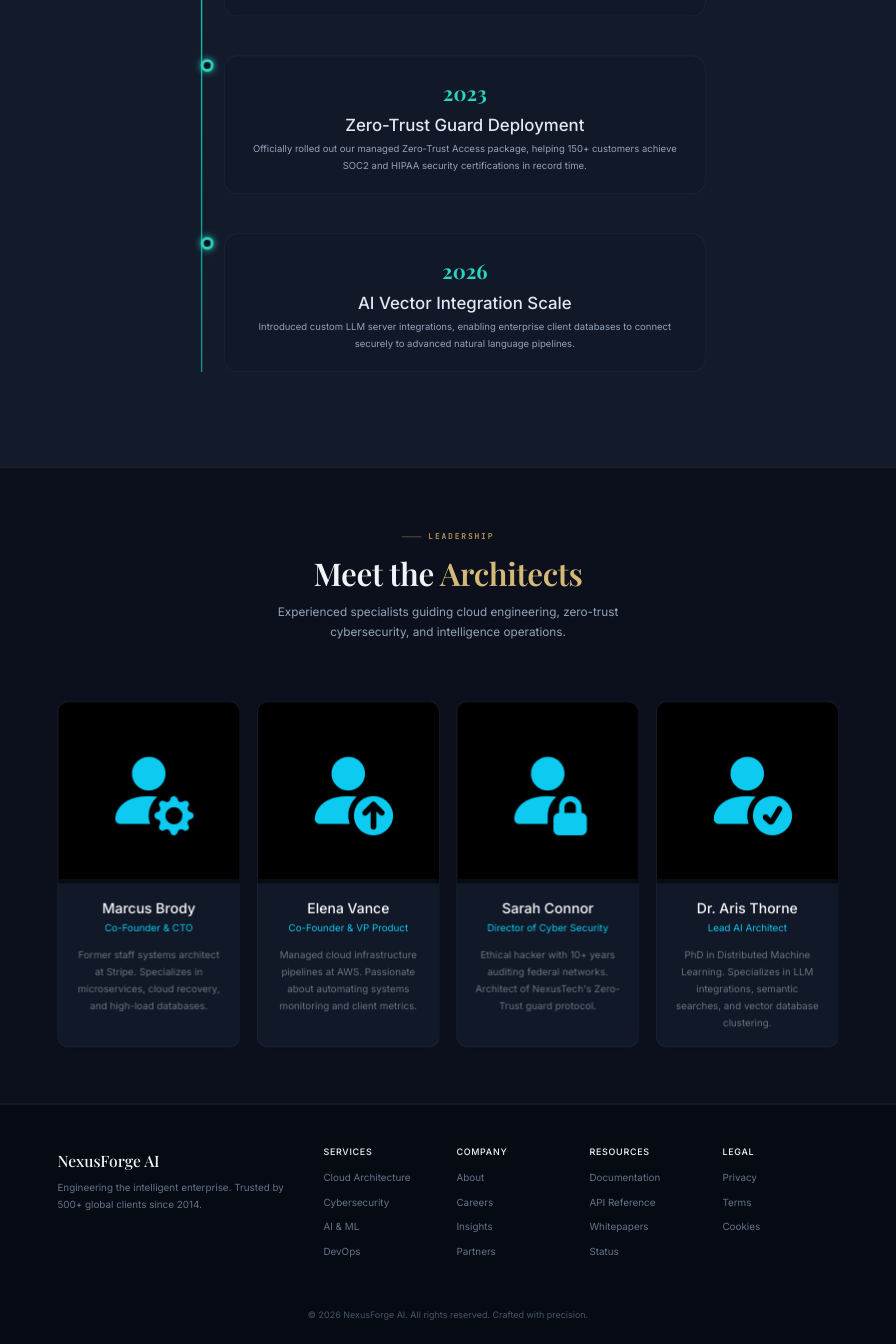
Repository: ruzni-dev/project-showcase
Page: pages/52-IT-Solutions-Website/pages/about.html
An editor plug-in stored every save of this project. The page is shown before and after the next save, followed by the edit.
The browser window is 1280 px wide. The pictures show the part of the page from y = 1468 to 3388 px (the page is 3388 px tall), at 70% of full size.
Some web fonts or font styles are not loaded; a fallback is used.

Above is the page before, as saved 2026-05-24 22:36:49.

After the next save:
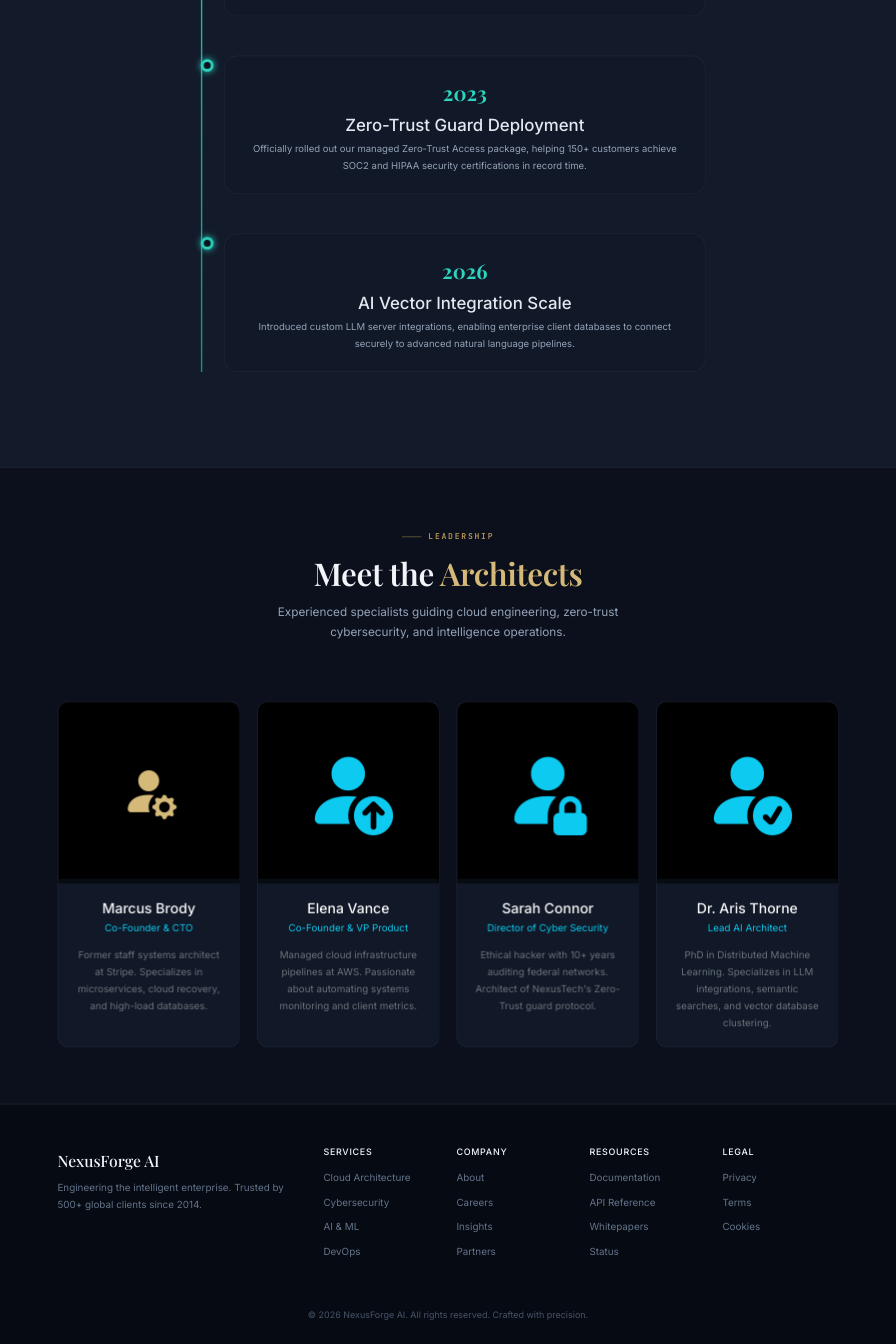
Saved 59 s later.
--- a/pages/52-IT-Solutions-Website/pages/about.html
+++ b/pages/52-IT-Solutions-Website/pages/about.html
@@ -167,7 +167,7 @@
                     <div class="team-card h-100">
                         <div class="team-img-wrapper text-center bg-black bg-opacity-30 d-flex align-items-center justify-content-center py-5">
                             <!-- Inline Premium Avatar Icon Graphic -->
-                            <i class="bi bi-person-fill-gear text-info" style="font-size: 8rem;"></i>
+                            <i class="bi bi-person-fill-gear gold-text" style="font-size: 5rem;"></i>
                             <div class="team-socials">
                                 <a href="#" class="team-social-link"><i class="bi bi-linkedin"></i></a>
                                 <a href="#" class="team-social-link"><i class="bi bi-github"></i></a>
